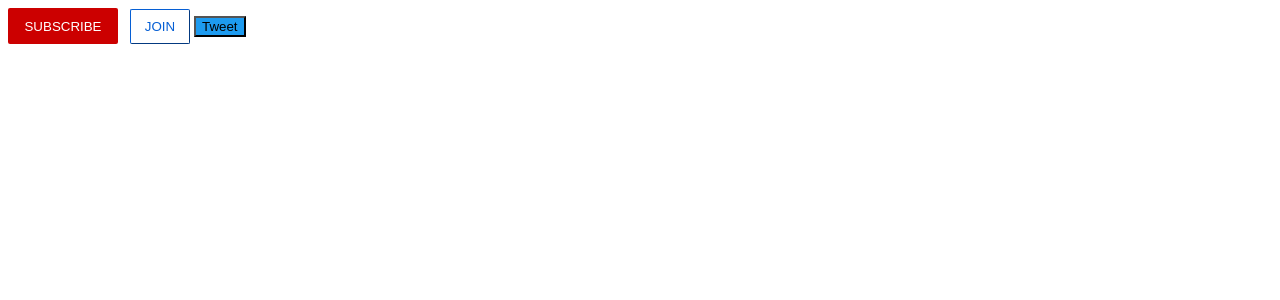
Repository: Kurumilli/Youtube
Page: buttons.html
An editor plug-in stored every save of this project. The page is shown before and after the next save, followed by the edit.
The browser window is 1280 px wide. The pictures show the whole page.

Above is the page before, as saved 2025-01-23 20:13:47.

### buttons.html
<html>
<body>
<style>
.subscribe{
    background-color: rgb(204, 0, 0);
    border:none;
    color: white;
    height: 36px;
    width: 110px;
    border-radius: 2px;
    cursor: pointer;
}

.join{
background-color: white;
color: rgb(6, 95, 212);
border-width: 1px;
height:35px;
width: 60px;
border-color:rgb(6, 95, 212);
border-radius: 2px;
cursor: pointer;
margin-left: 8px;
}

.tweet{
    background-color: rgb(29, 155, 240);

    }
</style>

<button class="subscribe">
    SUBSCRIBE
</button>

<button class="join">
    JOIN
</button>

<button class="tweet">
    Tweet
</button>




</body>
</html>

After the next save:
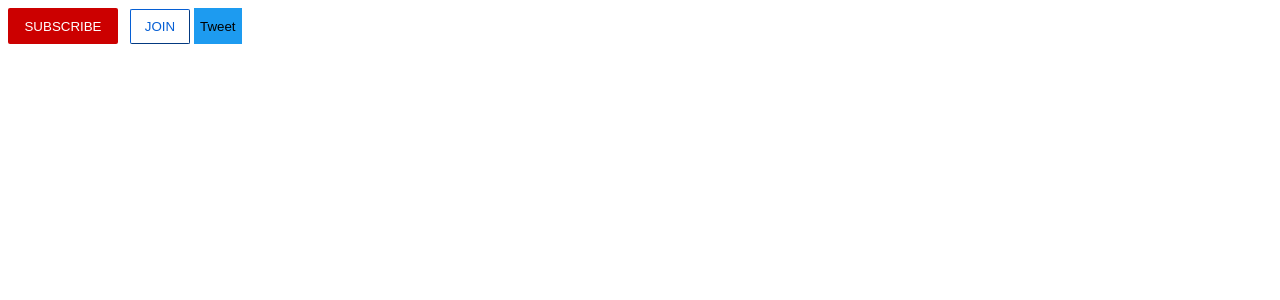
Saved 21 s later.
--- a/buttons.html
+++ b/buttons.html
@@ -25,6 +25,8 @@ margin-left: 8px;
 
 .tweet{
     background-color: rgb(29, 155, 240);
+    border: none;
+    height: 36px;
 
     }
 </style>
